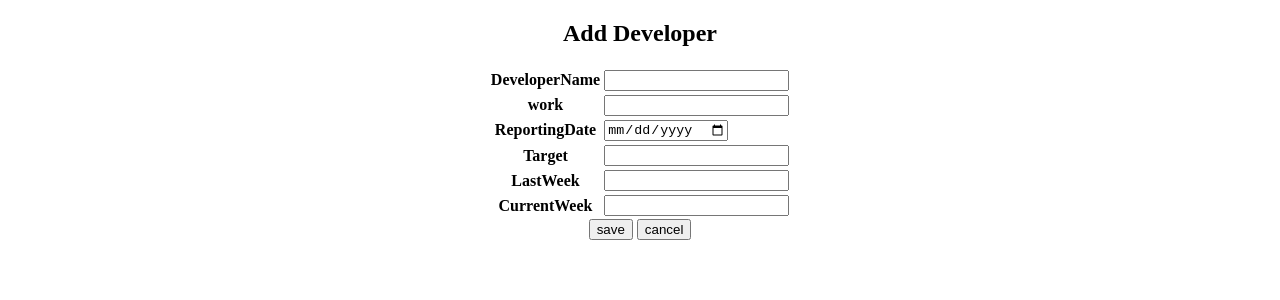
Repository: mahi0130/usecase
Page: http://localhost/ProgressReport/ProgressCtl
An editor plug-in stored every save of this project. The page is shown before and after the next save, followed by the edit.
The browser window is 1280 px wide. The pictures show the whole page.
The page is served by Tomcat 9. Other server files are loaded and not shown.

Above is the page before, as saved 2024-03-21 12:35:44.

### sawansir/ProgressReport/src/main/webapp/ProgressView.jsp
<%@page import="in.co.rays.dto.ProgressDTO"%>
<%@ page language="java" contentType="text/html; charset=ISO-8859-1"
    pageEncoding="ISO-8859-1"%>
<!DOCTYPE html>
<html>
<head>
<meta charset="ISO-8859-1">
<title>Insert title here</title>
</head>
<body>
<%
		ProgressDTO dto = (ProgressDTO) request.getAttribute("dto");
		String msg = (String) request.getAttribute("msg");
	%>
	<form action="ProgressCtl" method="post">
		<center>
			<%
				if (dto != null) {
			%>
			<h1>Edit Developer</h1>
			<%
				} else {
			%>
			<h2>Add Developer</h2>
			<%
				}
			%>
			<%
				if (msg != null) {
			%>
			<%=msg%>
			<%
				}
			%>
			<table>
				<input type="hidden" name="id"
					value="<%=(dto != null) ? dto.getId() : ""%>">
				<tr>
					<th>DeveloperName</th>
					<td><input type="text" name="developername"
						value="<%=(dto != null) ? dto.getDeveloperName() : ""%>"></td>
				</tr>


				<tr>
					<th>work</th>
					<td><input type="text" name="work"
						value="<%=(dto != null) ? dto.getWork() : ""%>"></td>
				</tr>

				<tr>
					<th>ReportingDate</th>
					<td><input type="date" name="reportingdate" width="110px"
						value="<%=(dto != null) ? dto.getReportingDate() : ""%>"></td>
				</tr>

				<tr>
					<th>Target</th>
					<td><input type="text" name="target"
						value="<%=(dto != null) ? dto.getTarget() : ""%>"></td>
				</tr>

				<tr>
					<th>LastWeek</th>
					<td><input type="text" name="lastweek"
						value="<%=(dto != null) ? dto.getLastWeek() : ""%>"></td>
				</tr>
				<tr>
					<th>CurrentWeek</th>
					<td><input type="text" name="currentweek"
						value="<%=(dto != null) ? dto.getCurrentWeek() : ""%>"></td>
				</tr>






			</table>



<% if( dto != null){ %>
<tr>
<td><input type="submit" name="operation" value="update"></td>
<td><input type="submit" name="operation" value="add"></td>


</tr>
<%} else { %>
<tr>
<td> <input type="submit" name="operation" value="save"></td>
<td> <input type="submit" name="operation" value="cancel"></td>

</tr>
<%} %>




		</center>
	</form>


</body>
</html>

### sawansir/ProgressReport/src/main/java/in/co/rays/ctl/ProgressCtl.java
package in.co.rays.ctl;

import java.io.IOException;
import java.util.Date;

import javax.servlet.RequestDispatcher;
import javax.servlet.ServletException;
import javax.servlet.annotation.WebServlet;
import javax.servlet.http.HttpServlet;
import javax.servlet.http.HttpServletRequest;
import javax.servlet.http.HttpServletResponse;

import in.co.rays.dto.ProgressDTO;
import in.co.rays.model.ProgressModel;
@WebServlet("/ProgressCtl")
public class ProgressCtl extends HttpServlet {
	@Override
	protected void doGet(HttpServletRequest req, HttpServletResponse resp) throws ServletException, IOException {
		ProgressDTO dto = new ProgressDTO();
		ProgressModel model = new ProgressModel();


		String id = req.getParameter("id");
		if (id != null) {
			dto = model.findByPK(Integer.parseInt(id));
			req.setAttribute("dto", dto);

		}
		RequestDispatcher rd = req.getRequestDispatcher("ProgressView.jsp");
		rd.forward(req, resp);





	}

	@Override
	protected void doPost(HttpServletRequest req, HttpServletResponse resp) throws ServletException, IOException {

		String id = req.getParameter("id");
		ProgressDTO dto = new ProgressDTO();
		ProgressModel model = new ProgressModel();

		dto.setDeveloperName(req.getParameter("developername"));
		dto.setWork(req.getParameter("work"));
		dto.setReportingDate(new Date());
		dto.setTarget(req.getParameter("target"));
		dto.setLastWeek(req.getParameter("lastweek"));
		dto.setCurrentWeek(req.getParameter("currentweek"));
		String op = req.getParameter("operation");
		if (op.equalsIgnoreCase("update")) {
			dto.setId(Integer.parseInt(id));
			model.update(dto);
			req.setAttribute("msg", "successfully update");
			req.setAttribute("dto", dto);
		 RequestDispatcher rd = 	req.getRequestDispatcher("ProgressView.jsp");
			rd.forward(req, resp);
		}else if (op.equalsIgnoreCase("add")) {
			resp.sendRedirect("ProgressView.jsp");
		}
		else if (op.equalsIgnoreCase("cancel")) {
			resp.sendRedirect("ProgressListCtl");

		}else if (op.equalsIgnoreCase("save")) {
			model.add(dto);
			req.setAttribute("msg", "successfully added");
			RequestDispatcher rd = 	req.getRequestDispatcher("ProgressView.jsp");
			rd.forward(req, resp);


		}





	}


}

### sawansir/ProgressReport/src/main/java/in/co/rays/dto/ProgressDTO.java
package in.co.rays.dto;

import java.util.Date;

public class ProgressDTO {
	private int id;
	private String developerName ;
	private String work;
	private Date reportingDate;
	private String target;
	private String lastWeek;
	private String currentWeek;
	public int getId() {
		return id;
	}
	public void setId(int id) {
		this.id = id;
	}
	public String getDeveloperName() {
		return developerName;
	}
	public void setDeveloperName(String developerName) {
		this.developerName = developerName;
	}
	public String getWork() {
		return work;
	}
	public void setWork(String work) {
		this.work = work;
	}
	public Date getReportingDate() {
		return reportingDate;
	}
	public void setReportingDate(Date reportingDate) {
		this.reportingDate = reportingDate;
	}
	public String getTarget() {
		return target;
	}
	public void setTarget(String target) {
		this.target = target;
	}
	public String getLastWeek() {
		return lastWeek;
	}
	public void setLastWeek(String lastWeek) {
		this.lastWeek = lastWeek;
	}
	public String getCurrentWeek() {
		return currentWeek;
	}
	public void setCurrentWeek(String currentWeek) {
		this.currentWeek = currentWeek;
	}




}

### sawansir/ProgressReport/src/main/java/in/co/rays/model/ProgressModel.java
package in.co.rays.model;

import java.util.List;

import org.hibernate.Criteria;
import org.hibernate.Query;
import org.hibernate.Session;
import org.hibernate.SessionFactory;
import org.hibernate.Transaction;
import org.hibernate.cfg.Configuration;
import org.hibernate.criterion.Restrictions;

import in.co.rays.dto.ProgressDTO;

public class ProgressModel {
	public void add(ProgressDTO dto) {
		SessionFactory sf = new Configuration().configure().buildSessionFactory();
		Session session = sf.openSession();
		Transaction tx = session.beginTransaction();
		session.save(dto);
		tx.commit();
		session.close();

	}

	public void update(ProgressDTO dto) {
		SessionFactory sf = new Configuration().configure().buildSessionFactory();
		Session session = sf.openSession();
		Transaction tx = session.beginTransaction();
		session.update(dto);
		tx.commit();
		session.close();

	}

	public void delete(ProgressDTO dto) {
		SessionFactory sf = new Configuration().configure().buildSessionFactory();
		Session session = sf.openSession();
		Transaction tx = session.beginTransaction();
		session.delete(dto);
		tx.commit();
		session.close();

	}

	public List search(ProgressDTO dto) {
		SessionFactory sf = new Configuration().configure().buildSessionFactory();
		Session session = sf.openSession();
		Transaction tx = session.beginTransaction();
		Criteria c = session.createCriteria(ProgressDTO.class);
		if (dto != null) {
			if (dto.getId() > 0) {
				c.add(Restrictions.eq("id", dto.getId()));

			}
			if (dto.getDeveloperName() != null && dto.getDeveloperName().length() > 0) {
				c.add(Restrictions.like("name", dto.getDeveloperName() + "%"));
			}

		}

		List list = c.list();
		tx.commit();
		session.close();

		return list;

	}

	public ProgressDTO findByPK(int id) {
		SessionFactory sf = new Configuration().configure().buildSessionFactory();
		Session session = sf.openSession();
		Transaction tx = session.beginTransaction();
		Query q = session.createQuery("FROM ProgressDTO WHERE ID=?");
		q.setInteger(0, id);
		List list = q.list();
		ProgressDTO dto = null;
		if (list.size() > 0) {
			dto = (ProgressDTO) list.get(0);

		}
		tx.commit();
		session.close();

		return dto;

	}

	public List list() {
		return list();
	}




}

After the next save:
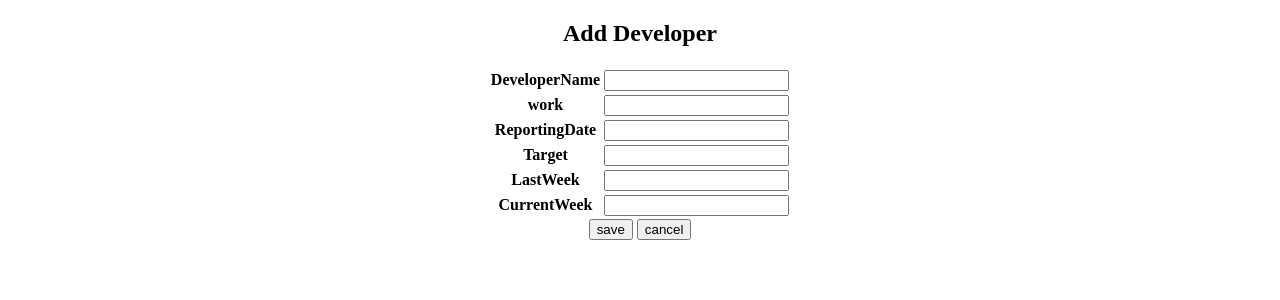
Saved 119 s later.
--- a/sawansir/ProgressReport/src/main/webapp/ProgressView.jsp
+++ b/sawansir/ProgressReport/src/main/webapp/ProgressView.jsp
@@ -50,7 +50,7 @@
 
 				<tr>
 					<th>ReportingDate</th>
-					<td><input type="date" name="reportingdate" width="110px"
+					<td><input type="text" name="reportingdate" width="110px"
 						value="<%=(dto != null) ? dto.getReportingDate() : ""%>"></td>
 				</tr>
 
